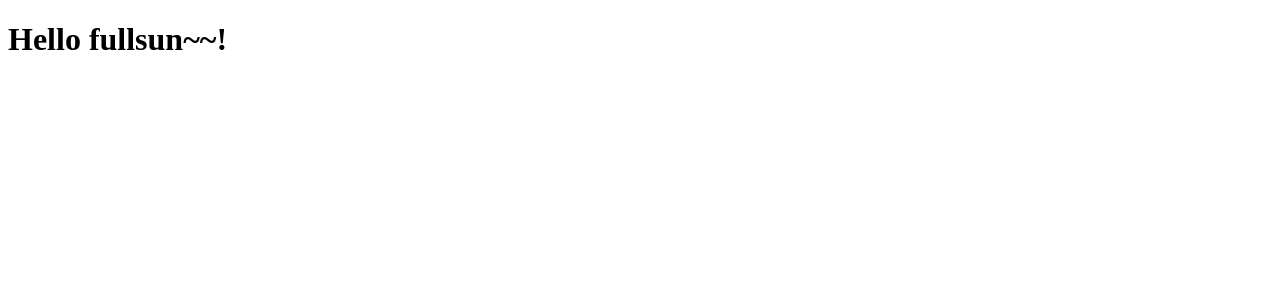
Repository: saeeeem2/2023JSTL
Page: http://localhost/jstl_study/
An editor plug-in stored every save of this project. The page is shown before and after the next save, followed by the edit.
The browser window is 1280 px wide. The pictures show the whole page.
The page is served by Tomcat 9. Other server files are loaded and not shown.

Above is the page before, as saved 2023-11-22 03:50:46.

### jstl_study/src/main/webapp/index.jsp
<%@ page language="java" contentType="text/html; charset=UTF-8"
    pageEncoding="UTF-8"%>
<!DOCTYPE html>
<html>
<head>
<meta charset="UTF-8">
<title>Insert title here</title>
</head>
<body>
	<h1>Hello fullsun~~!</h1>
</body>
</html>

After the next save:
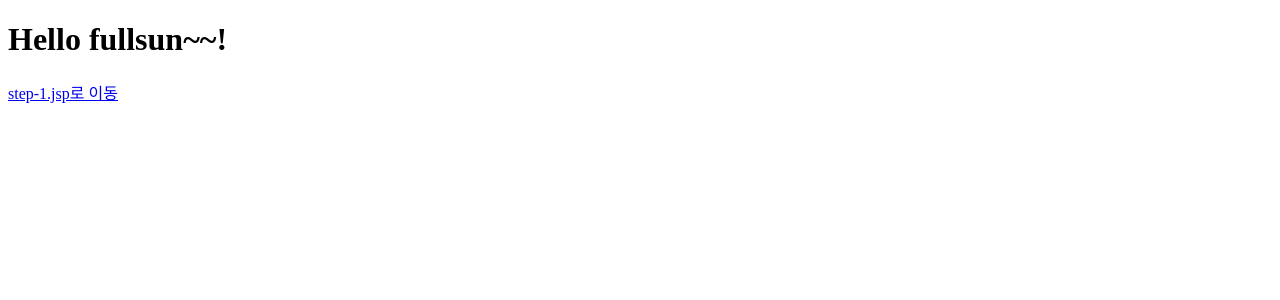
Saved 45 s later.
--- a/jstl_study/src/main/webapp/index.jsp
+++ b/jstl_study/src/main/webapp/index.jsp
@@ -8,5 +8,6 @@
 </head>
 <body>
 	<h1>Hello fullsun~~!</h1>
+	<a href="step.jsp">step-1.jsp로 이동</a>
 </body>
 </html>
